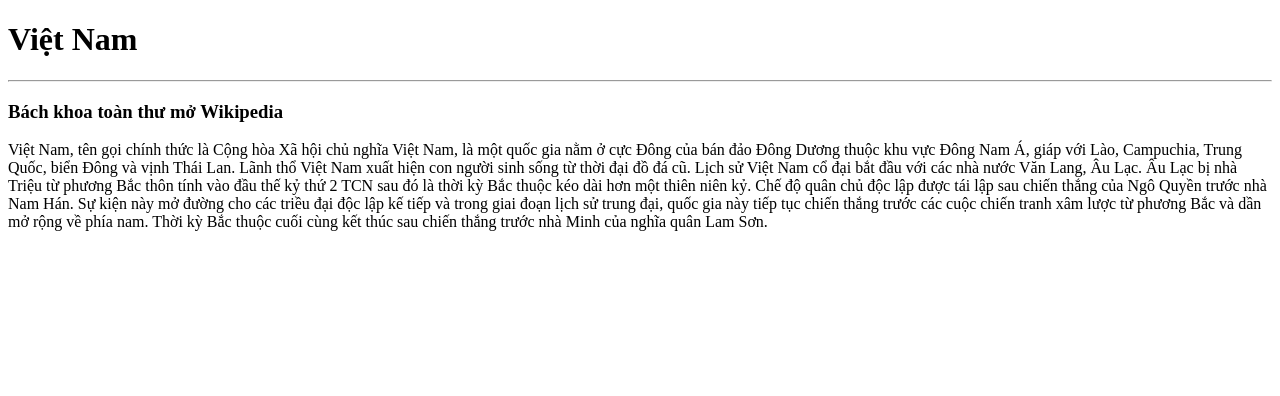
Repository: nguyenhung50497/MD2_cssCanBan
Page: dinhDangVanBanCSS/index.html
The author's editor kept a copy of each file at every save. The page is drawn from the files as they stood at one save, then again after a run of saves.
The browser window is 1280 px wide. The pictures show the whole page.

Above is the page before, as saved 2022-11-28 10:54:13.

After the next 2 saves:
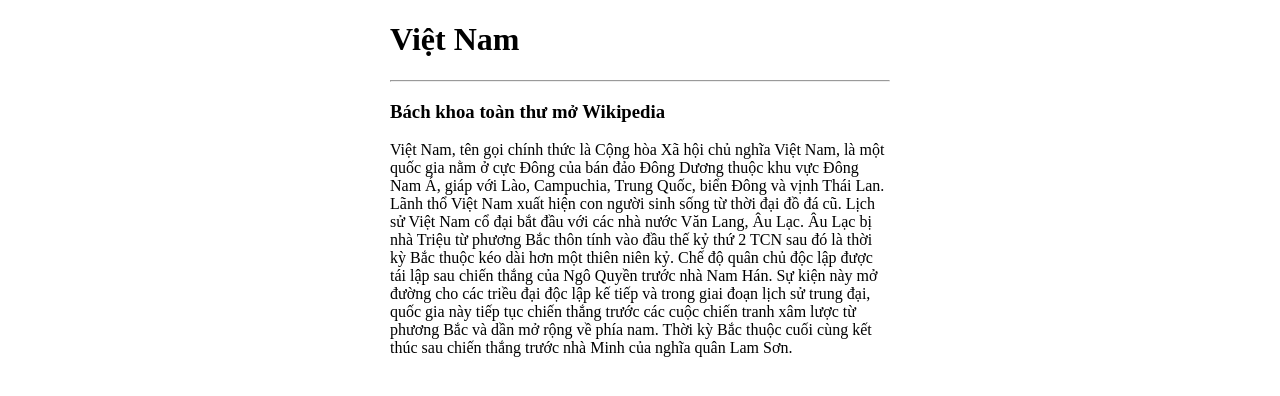
The 2 saves are shown as one change because they came seconds apart.
The last was saved 9 s later.
--- a/dinhDangVanBanCSS/main.css
+++ b/dinhDangVanBanCSS/main.css
@@ -1,3 +1,4 @@
 div {
-    width: ;
+    width: 500px;
+    margin: auto;
 }
